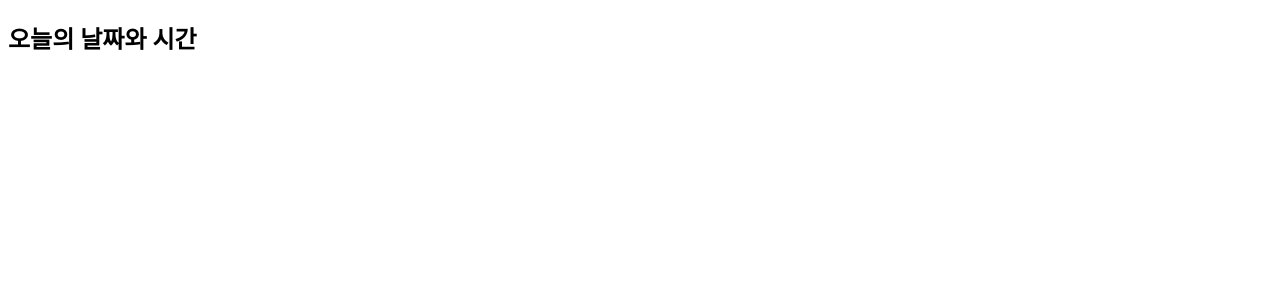
Repository: wonghye/jspworks
Page: http://localhost/jweb/ch02/actiontag/forward_date.jsp
An editor plug-in stored every save of this project. The page is shown before and after the next save, followed by the edit.
The browser window is 1280 px wide. The pictures show the whole page.
The page is served by Tomcat 9.

Above is the page before, as saved 2022-07-19 01:12:29.

After the next save:
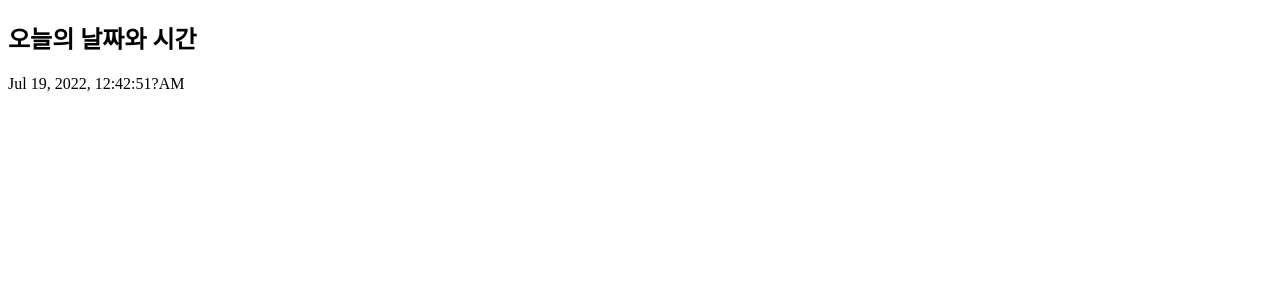
Saved 61 s later.
--- a/jweb/src/main/webapp/ch02/actiontag/forward_date.jsp
+++ b/jweb/src/main/webapp/ch02/actiontag/forward_date.jsp
@@ -1,5 +1,6 @@
 <%@ page language="java" contentType="text/html; charset=EUC-KR"
     pageEncoding="EUC-KR"%>
+<%@ page import = "java.util.Date" %>
 <!DOCTYPE html>
 <html>
 <head>
@@ -9,6 +10,6 @@
 <body>
 	<h2>오늘의 날짜와 시간</h2>
 
-
+	<p><%=new Date().toLocaleString() %>
 </body>
 </html>
